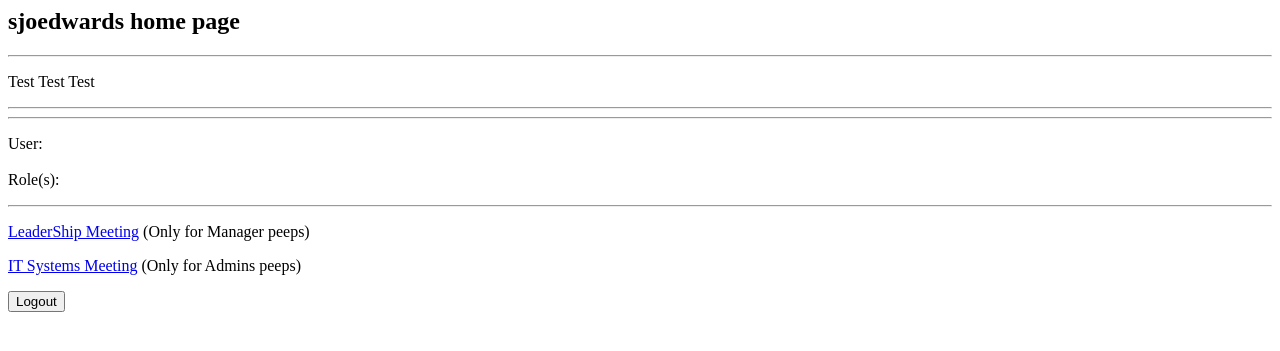
Repository: sjoedwards/springdemo
Page: http://localhost/35-spring-security-demo-07-user-roles/WEB-INF/view/access-denied.jsp
These files come from the project's save history. The page is drawn as it stood at one moment and after the next save; the edit follows.
The browser window is 1280 px wide. The pictures show the whole page.
The page is served by Tomcat 9. Nobody is signed in. Other server files are loaded and not shown. The template is opened directly, without the code that normally fills it, so the values that code supplies are empty.

Above is the page before, as saved 2022-08-24 15:50:52.

### 35-spring-security-demo-07-user-roles/src/main/webapp/WEB-INF/view/access-denied.jsp
<%@ taglib prefix="form" uri="http://www.springframework.org/tags/form"%>
<%@ taglib prefix="security"
	uri="http://www.springframework.org/security/tags"%>


<html>
<head>
<title>Access Denied</title>
</head>
<body>
	<h2>sjoedwards home page</h2>
	<hr>
	<p>Test Test Test</p>
	<hr>
	<hr>
	<!-- display username and role -->

	<p>
		User:
		<security:authentication property="principal.username" />
		<br> <br> Role(s):
		<security:authentication property="principal.authorities" />

	</p>

	<hr>
	<!-- Add a link to point to /leaders for manager role -->
	<p>
		<a href="${pageContext.request.contextPath}/leaders">LeaderShip
			Meeting</a> (Only for Manager peeps)
	</p>

	<p>
		<a href="${pageContext.request.contextPath}/systems">IT Systems Meeting</a> (Only for Admins peeps)
	</p>



	<!-- Add a logout button -->
	<form:form action="${pageContext.request.contextPath}/logout"
		method="POST">

		<input type="submit" value="Logout">
	</form:form>
</body>

</html>

After the next save:
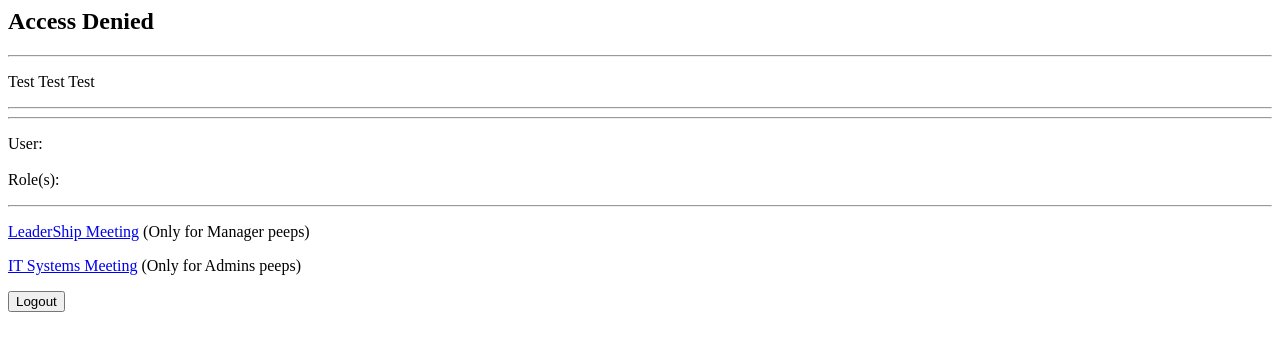
Saved 6 s later.
--- a/35-spring-security-demo-07-user-roles/src/main/webapp/WEB-INF/view/access-denied.jsp
+++ b/35-spring-security-demo-07-user-roles/src/main/webapp/WEB-INF/view/access-denied.jsp
@@ -8,7 +8,7 @@
 <title>Access Denied</title>
 </head>
 <body>
-	<h2>sjoedwards home page</h2>
+	<h2>Access Denied</h2>
 	<hr>
 	<p>Test Test Test</p>
 	<hr>
